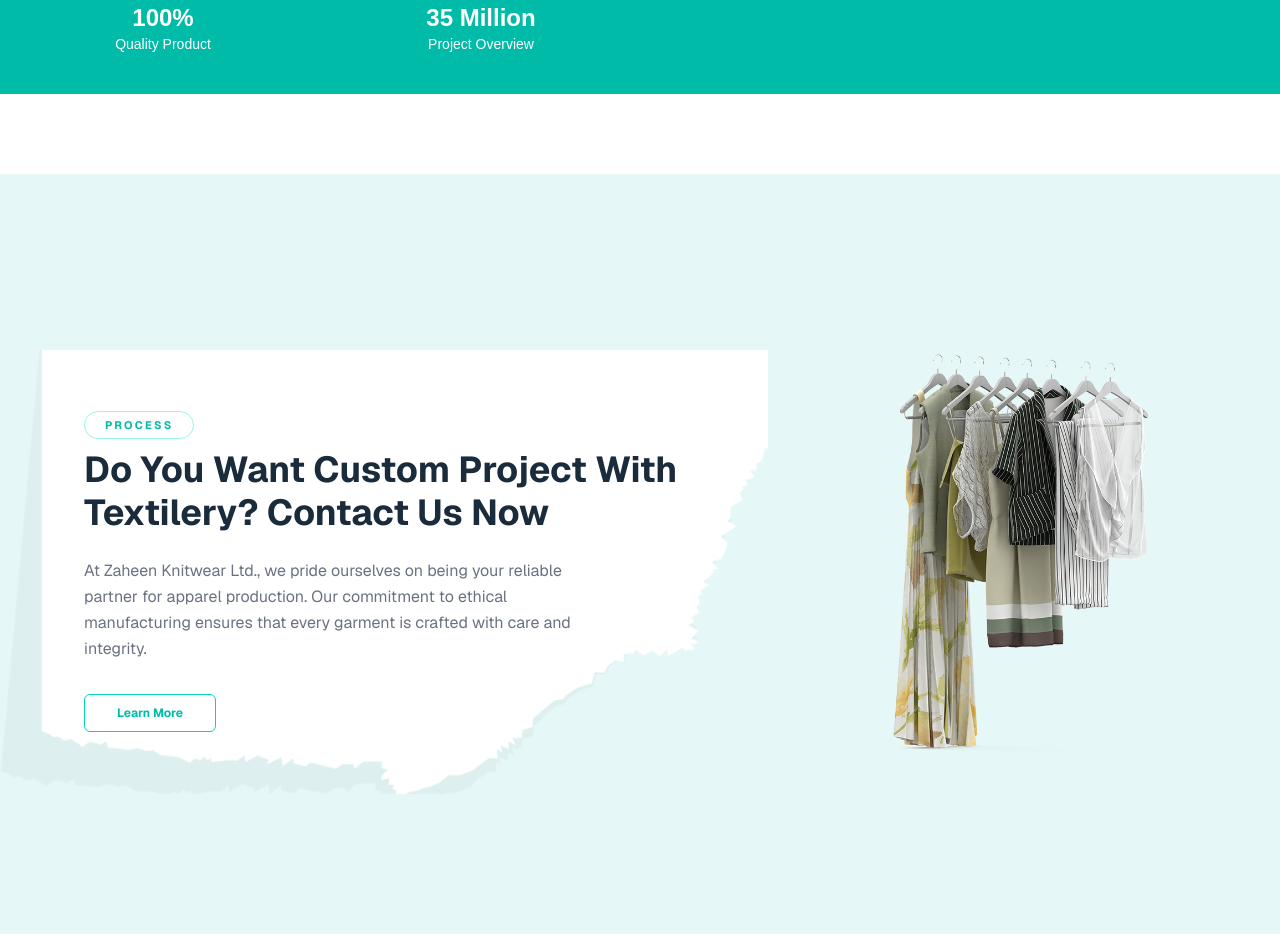
Repository: mdmuhibullahhabib/fullstack-assessment
Page: /
The author's editor kept a copy of each file at every save. The page is drawn from the files as they stood at one save, then again after the next save.
The browser window is 1280 px wide. The pictures show the part of the page from y = 616 to 1568 px (the page is 3305 px tall before and 3105 px after).
The project was rebuilt for these pictures with package versions that can differ from the ones it lists, and the page was loaded fresh each time. The framework's server and built-in components were replaced by stand-ins that run in the browser. Also part of the build but not shown: next.config.mjs.

Above is the page before, as saved 2025-12-27 10:29:12.

After the next save:
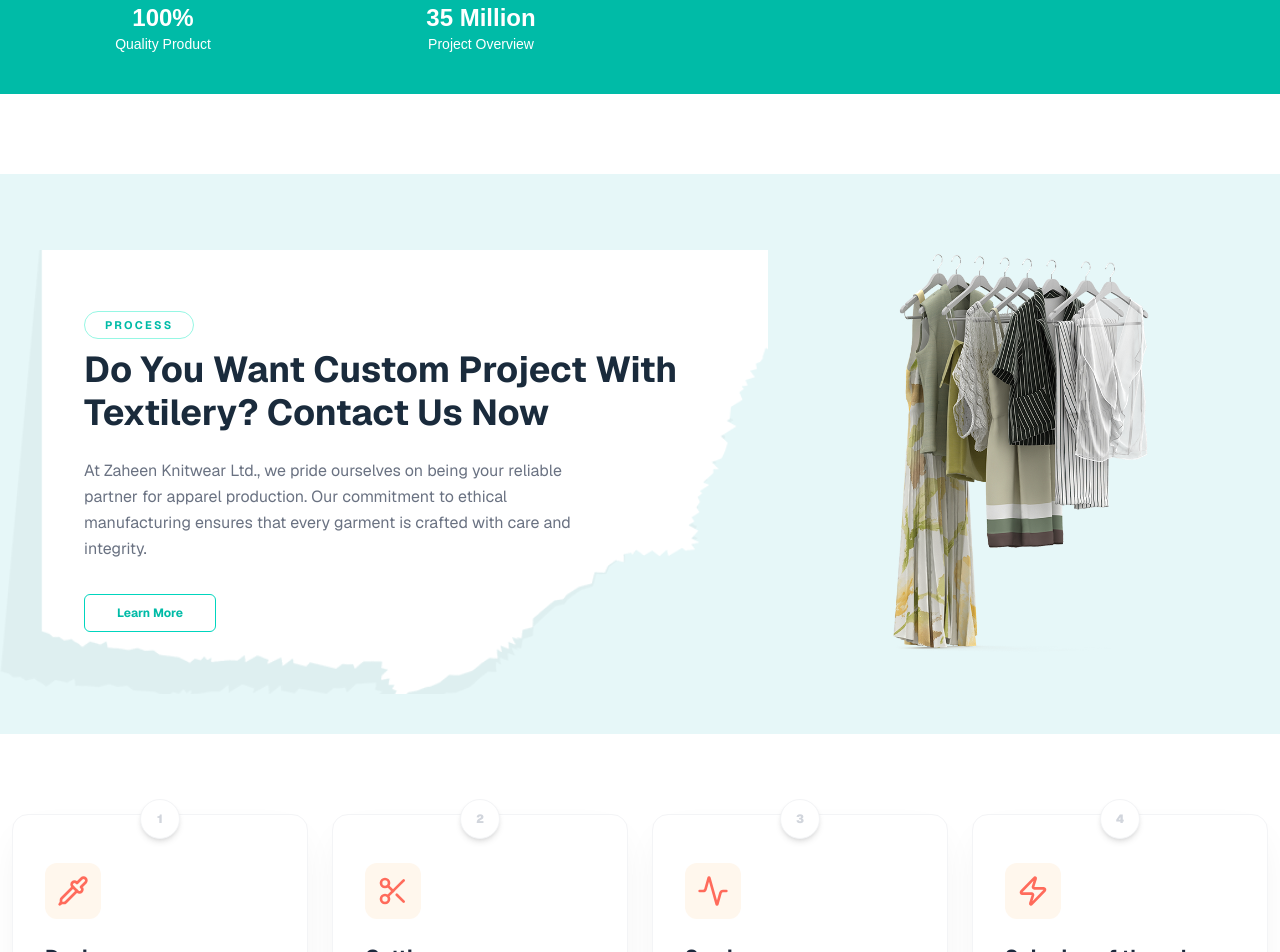
Saved 13 s later.
--- a/src/components/home/CustomProcess.jsx
+++ b/src/components/home/CustomProcess.jsx
@@ -20,7 +20,7 @@
             <div className=" mx-auto">
 
                 {/* ===== TOP SECTION ===== */}
-                <div className="relative bg-[#E6F7F8] overflow-hidden flex flex-col md:py-[140px]  md:flex-row items-stretch mb-20 ">
+                <div className="relative bg-[#E6F7F8] overflow-hidden flex flex-col md:py-[40px]  md:flex-row items-stretch mb-20 ">
 
                     {/* Left Content Box (White with bgImage and Torn Edge) */}
                     <div
